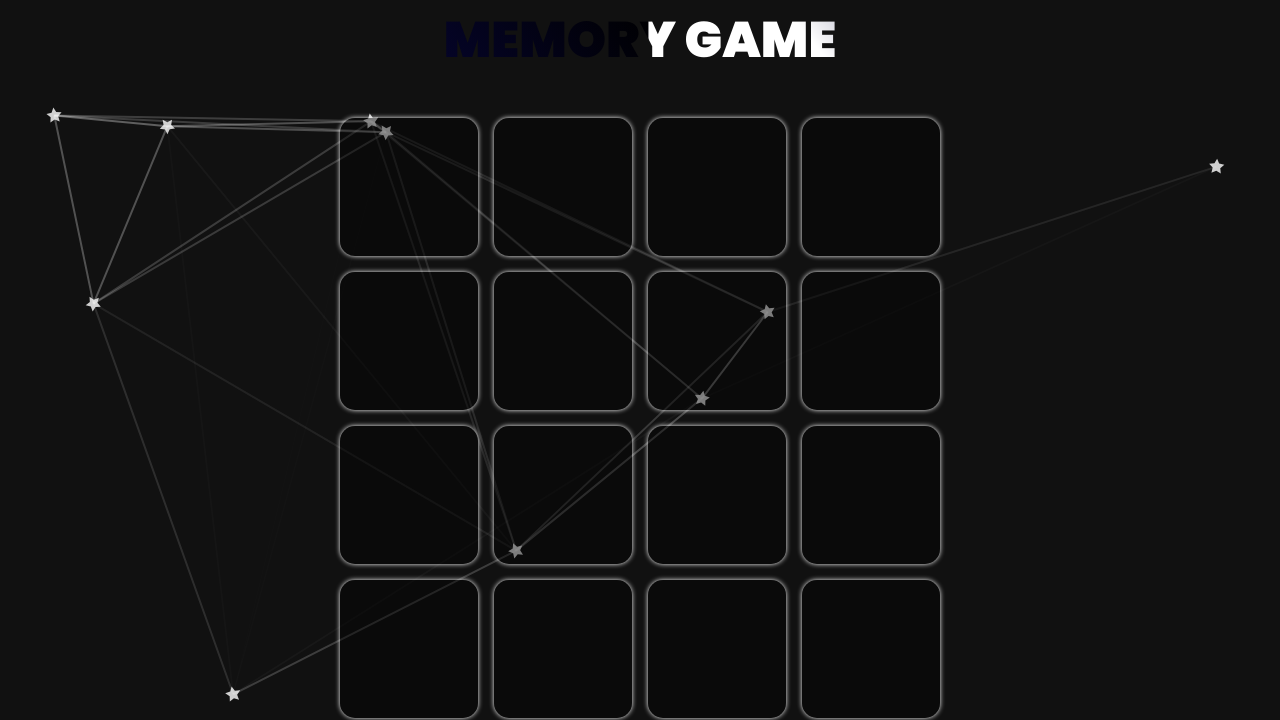
Repository: AbApin/memory-game
Page: /
The author's editor kept a copy of each file at every save. The page is drawn from the files as they stood at one save, then again after the next save.
The browser window is 1280 px wide. The pictures show the whole page.
The project was rebuilt for these pictures with package versions that can differ from the ones it lists, and the page was loaded fresh each time.

Above is the page before, as saved 2022-08-22 12:15:28.

### public/index.html
<!DOCTYPE html>
<html lang="en">
  <head>
    <meta charset="utf-8" />
    <link rel="icon" href="%PUBLIC_URL%/favicon.ico" />
    <meta name="viewport" content="width=device-width, initial-scale=1" />
    <meta name="theme-color" content="#000000" />
    <meta
      name="description"
      content="Web site created using create-react-app"
    />
    <link rel="apple-touch-icon" href="%PUBLIC_URL%/logo192.png" />
    <link rel="manifest" href="%PUBLIC_URL%/manifest.json" />
    <title>React App</title>
    <link href="https://fonts.googleapis.com/css?family=Poppins:100,100italic,200,200italic,300,300italic,regular,italic,500,500italic,600,600italic,700,700italic,800,800italic,900,900italic" rel="stylesheet" />
  </head>
  <body>
    <noscript>You need to enable JavaScript to run this app.</noscript>
    <div id="root"></div>
  </body>
</html>

### src/index.css
*{
  margin: 0;
  padding: 0;
  box-sizing: border-box;
  font-family: "Poppins";
}

html,body{
  height: 100%;
}

### src/App.js
import './App.css';
import Particles from 'react-tsparticles';
import { loadFull } from 'tsparticles';
import Carts from './components/Carts';
import { useState } from 'react';

function App() {
  const [all,setAll] = useState(false)
  const particlesInit = async (main) => {
    await loadFull(main);
  };
  return (
    <div className="App">
      <Particles
        id="tsparticles"
        init={particlesInit}
        options={{
          fullScreen: {
            enable: true,
            zIndex: 1,
          },
          particles: {
            number: {
              value: 10,
              density: {
                enable: false,
                value_area: 800,
              },
            },
            color: {
              value: '#fff',
            },
            shape: {
              type: 'star',
              options: {
                sides: 5,
              },
            },
            opacity: {
              value: 0.8,
              random: false,
              anim: {
                enable: false,
                speed: 1,
                opacity_min: 0.1,
                sync: false,
              },
            },
            size: {
              value: 4,
              random: false,
              anim: {
                enable: false,
                speed: 40,
                size_min: 0.1,
                sync: false,
              },
            },
            rotate: {
              value: 0,
              random: true,
              direction: 'clockwise',
              animation: {
                enable: true,
                speed: 5,
                sync: false,
              },
            },
            line_linked: {
              enable: true,
              distance: 600,
              color: '#ffffff',
              opacity: 0.4,
              width: 2,
            },
            move: {
              enable: true,
              speed: 2,
              direction: 'none',
              random: false,
              straight: false,
              out_mode: 'out',
              attract: {
                enable: false,
                rotateX: 600,
                rotateY: 1200,
              },
            },
          },
          interactivity: {
            events: {
              onhover: {
                enable: true,
                mode: ['grab'],
              },
              onclick: {
                enable: false,
                mode: 'bubble',
              },
              resize: true,
            },
            modes: {
              grab: {
                distance: 400,
                line_linked: {
                  opacity: 1,
                },
              },
              bubble: {
                distance: 400,
                size: 40,
                duration: 2,
                opacity: 8,
                speed: 3,
              },
              repulse: {
                distance: 200,
              },
              push: {
                particles_nb: 4,
              },
              remove: {
                particles_nb: 2,
              },
            },
          },
          retina_detect: true,
          background: {
            color: '#111',
            image: '',
            position: '50% 50%',
            repeat: 'no-repeat',
            size: 'cover',
          },
        }}
      />
      <h1 className='title'>Memory Game</h1>
      <div></div>
      <Carts />
    </div>
  );
}

export default App;

### src/App.css
/* keyframes */
@keyframes textclip {
  to {
    background-position: 200% center;
  }
}
@-webkit-keyframes rotate-diagonal-1 {
  0% {
    -webkit-transform: rotate3d(1, 1, 0, 0deg);
            transform: rotate3d(1, 1, 0, 0deg);
  }
  50% {
    -webkit-transform: rotate3d(1, 1, 0, -180deg);
            transform: rotate3d(1, 1, 0, -180deg);
  }
  100% {
    -webkit-transform: rotate3d(1, 1, 0, -360deg);
            transform: rotate3d(1, 1, 0, -360deg);
  }
}
@keyframes rotate-diagonal-1 {
  0% {
    -webkit-transform: rotate3d(1, 1, 0, 0deg);
            transform: rotate3d(1, 1, 0, 0deg);
  }
  50% {
    -webkit-transform: rotate3d(1, 1, 0, -180deg);
            transform: rotate3d(1, 1, 0, -180deg);
  }
  100% {
    -webkit-transform: rotate3d(1, 1, 0, -360deg);
            transform: rotate3d(1, 1, 0, -360deg);
  }
}
@keyframes hideImage {
  0%{
    transform: scale(1);
  }
  100% {
    transform: scale(0);
  }
}

.App {
  display: flex;
  flex-direction: column;
  align-items: center;
  justify-content: center;
  height: 100vh;
  width: 100%;
  row-gap: 20px;
}
.title {
  text-transform: uppercase;
  background: linear-gradient(
    50deg,
    rgba(255, 255, 255, 1) 23%,
    rgba(7, 6, 59, 1) 55%,
    rgba(0, 0, 0, 1) 100%,
    rgba(58, 63, 135, 1) 100%
  );
  background-size: auto auto;
  background-clip: border-box;
  background-size: 200% auto;
  color: #fff;
  background-clip: text;
  -webkit-background-clip: text;
  -webkit-text-fill-color: transparent;
  animation: textclip 2s linear infinite;
  display: inline-block;
  font-size: 190px;
}

.title {
  color: #fff;
  z-index: 1;
  font-size: 50px;
  font-weight: 900;
}
#tsparticles {
  position: absolute;
  left: 0;
  top: 0;
  width: 100%;
  z-index: -1;
}

/* carts */
.carts {
  display: grid;
  grid-template-columns: repeat(4, 1fr);
  grid-template-rows: repeat(4, 1fr);
  gap: 1em;
  max-width: 600px;
  width: 100%;
  height: 600px;
  position: relative;
  z-index: 10;
}
.cart {
  display: flex;
  justify-content: center;
  align-items: center;
  border-radius: 15px;
  background-color: rgba(0, 0, 0, 0.4);
  box-shadow: 0 0 5px #fff;
  cursor: pointer;
  transition: all 0.3s;
}
.cart img {
  max-width: 80%;
  max-height: 80%;
  transform: scale(0);
  transition: all 0.3s;
  border-radius: 50%;
}
.cart.active {
  -webkit-animation: rotate-diagonal-1 0.4s linear both;
	        animation: rotate-diagonal-1 0.4s linear both;
}
.cart.correct {
  background-color: green;
}
.cart.wrong {
  background-color: red;
}
.cart.active img {
  transform: scale(1);
}

### src/components/Carts.jsx
import React, { useState } from 'react';
import Cart from './Cart';

function Carts() {
  const [items, setItems] = useState(
    [
      { id: 1, img: '../img/1.png', stat: '' },
      { id: 1, img: '../img/1.png', stat: '' },
      { id: 2, img: '../img/2.png', stat: '' },
      { id: 2, img: '../img/2.png', stat: '' },
      { id: 3, img: '../img/3.png', stat: '' },
      { id: 3, img: '../img/3.png', stat: '' },
      { id: 4, img: '../img/4.png', stat: '' },
      { id: 4, img: '../img/4.png', stat: '' },
      { id: 5, img: '../img/5.png', stat: '' },
      { id: 5, img: '../img/5.png', stat: '' },
      { id: 6, img: '../img/6.png', stat: '' },
      { id: 6, img: '../img/6.png', stat: '' },
      { id: 7, img: '../img/7.png', stat: '' },
      { id: 7, img: '../img/7.png', stat: '' },
      { id: 8, img: '../img/8.png', stat: '' },
      { id: 8, img: '../img/8.png', stat: '' },
    ].sort(() => Math.random() - 0.5),
  );

  const [prev, setPrev] = React.useState(-1);

  function check(current) {
    if (items[current].id === items[prev].id) {
      items[current].stat += ' correct';
      items[prev].stat += ' correct';
      setItems([...items]);
      setPrev(-1);
    } else {
      items[current].stat += ' wrong';
      items[prev].stat += ' wrong';
      setItems([...items]);
      setTimeout(() => {
        items[current].stat = '';
        items[prev].stat = '';
        setItems([...items]);
        setPrev(-1);
      }, 500);
      setPrev(-1);
    }
  }
  function handleClick(id) {
    if (prev === -1) {
      items[id].stat = ' active';
      setItems([...items]);
      setPrev(id);
    } else {
      items[id].stat = ' active';
      check(id);
    }
  }

  return (
    <div className="carts">
      {items.map((item, index) => (
        <Cart key={crypto.randomUUID()} item={item} id={index} handleClick={handleClick} />
      ))}
    </div>
  );
}

export default React.memo(Carts);

### src/components/Cart.jsx
import React from 'react';

function Cart({ item, id, handleClick }) {
  const itemClass = item.stat ? item.stat : '';

  return (
    <div className={'cart' + itemClass} onClick={() => handleClick(id)}>
      <img src={item.img} alt="" />
    </div>
  );
}

export default Cart;

Loaded but not shown: src/index.js (common file)

After the next save:
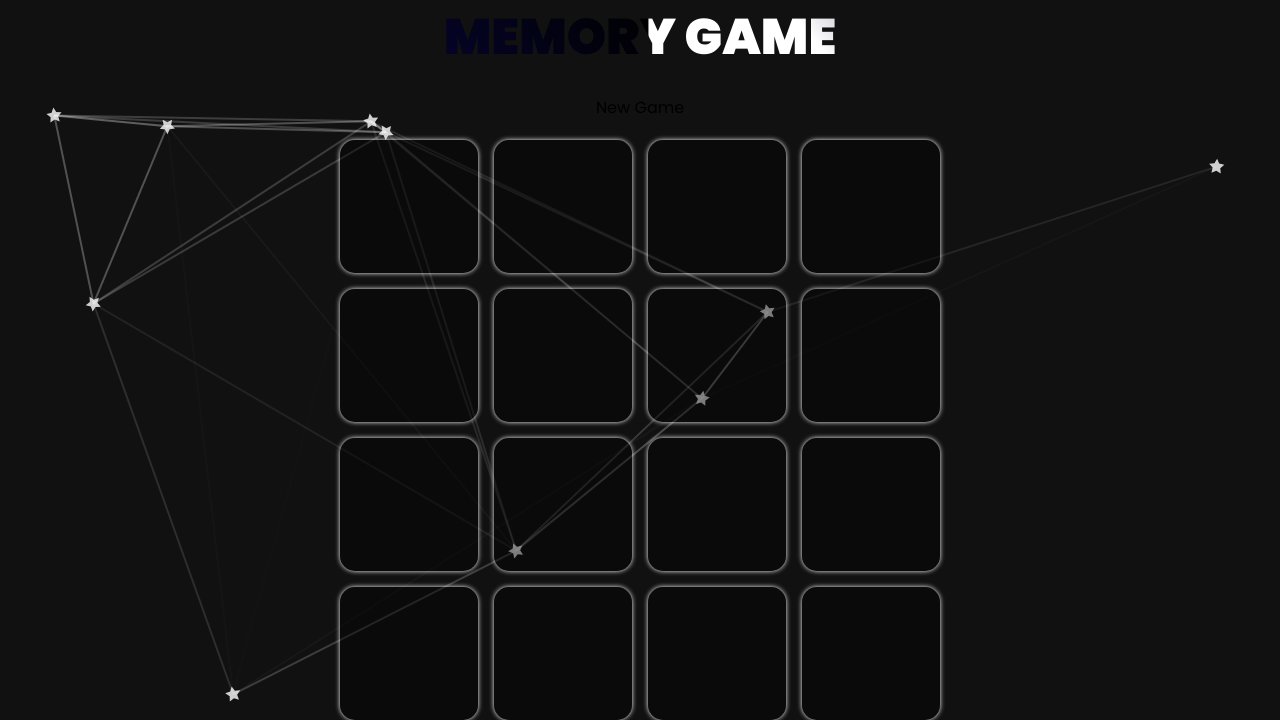
Saved 5 s later.
--- a/src/App.js
+++ b/src/App.js
@@ -135,7 +135,7 @@ function App() {
         }}
       />
       <h1 className='title'>Memory Game</h1>
-      <div></div>
+      <div>New Game</div>
       <Carts />
     </div>
   );
